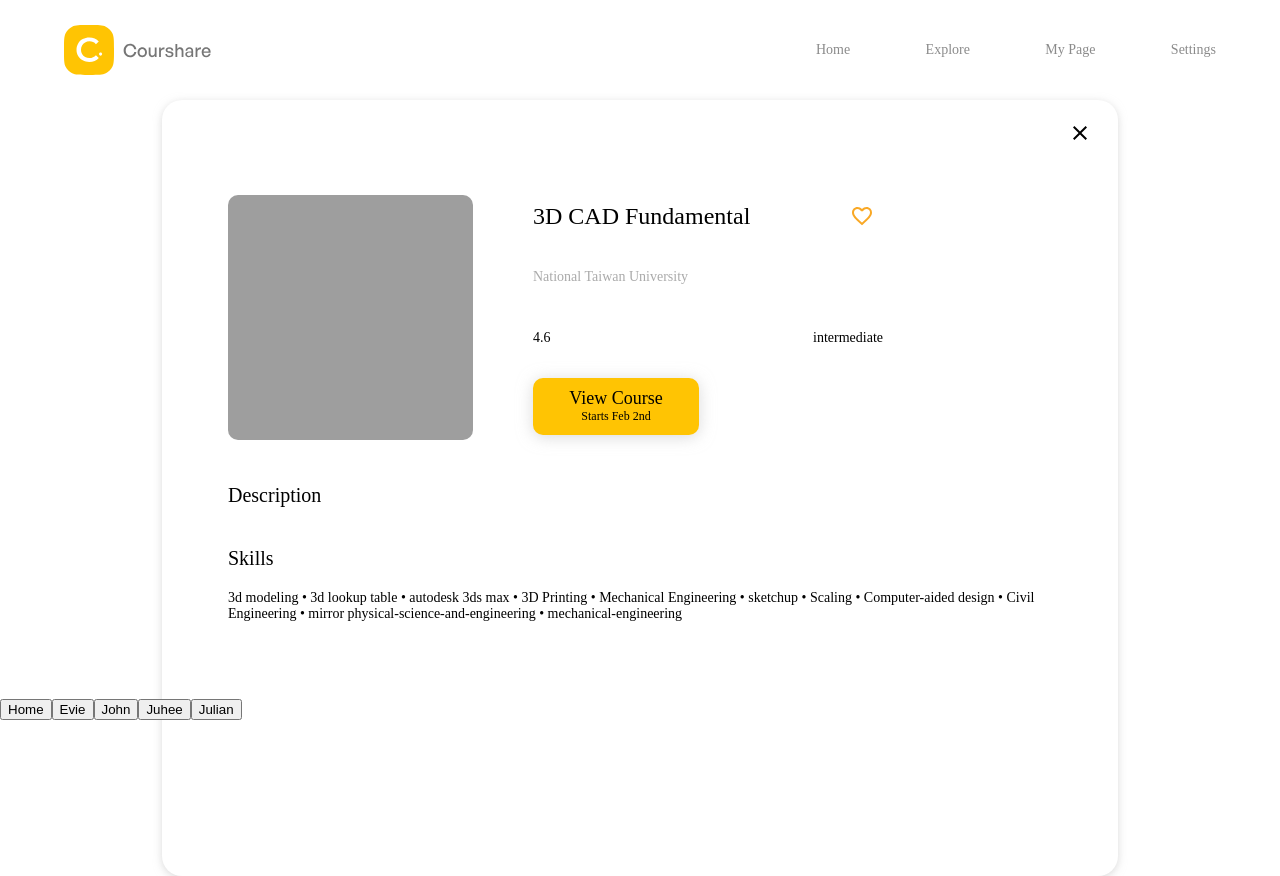
Repository: julianm09/courshare-app
Page: /comps/juhee
An editor plug-in stored every save of this project. The page is shown before and after the next save, followed by the edit.
The browser window is 1280 px wide. The pictures show the whole page.
Pictures or frames that could not be fetched are drawn as grey boxes. The project was rebuilt for these pictures with package versions that can differ from the ones it lists, and the page was loaded fresh each time. The framework's server and built-in components were replaced by stand-ins that run in the browser. Also part of the build but not shown: next.config.js.

Above is the page before, as saved 2022-02-07 15:11:55.

### pages/_app.js
import "../styles/globals.css";
import styled from "styled-components";
import { useRouter } from "next/router";
import Navbar from "@/components/Navbar";

function MyApp({ Component, pageProps }) {
  const r = useRouter();
  return (
    <>
    <Navbar/>
      <Component {...pageProps} />

      <BotNav>
        <button onClick={() => r.push("/")}>Home</button>
        <button onClick={() => r.push("/comps/evie")}>Evie</button>
        <button onClick={() => r.push("/comps/john")}>John</button>
        <button onClick={() => r.push("/comps/juhee")}>Juhee</button>
        <button onClick={() => r.push("/comps/julian")}>Julian</button>
      </BotNav>
    </>
  );
}

const BotNav = styled.div`
  position: fixed;
  bottom: 0px;
`;

export default MyApp;

### pages/comps/juhee.js
import styled from "styled-components";
import CourseDetailCard from "@/components/CourseDetailCard";

export default function Juhee() {
  return (
    <Cont>
      {/* make components here */}
      <CourseDetailCard></CourseDetailCard>
    </Cont>
  );
}

const Cont = styled.div`
  display: flex;
  align-items: center;
  flex-direction: column;
  width: 100%;
`;

### styles/globals.css
@import url("general-sans.css");

html,
body {
  padding: 0;
  margin: 0;
  font-family: -apple-system, BlinkMacSystemFont, Segoe UI, Roboto, Oxygen,
    Ubuntu, Cantarell, Fira Sans, Droid Sans, Helvetica Neue, sans-serif;
}

a {
  color: inherit;
  text-decoration: none;
}

* {
  box-sizing: border-box;
}

### components/Navbar.js
import styled from "styled-components";
import { useState } from "react";
import { useRouter } from "next/router";

export default function Navbar({}) {
  const r = useRouter();

  const [menu, setMenu] = useState(false);

  const handleLink = (t) => {
    setMenu(false);
    r.push(t);
  };

  return (
    <NavbarUI>
      <Logo
        src="/logo.svg"
        selected={r.pathname == "/"}
        onClick={() => handleLink("/")}
      ></Logo>
      <Navigation>
        <LinkUI selected={r.pathname == "/"} onClick={() => handleLink("/")}>
          Home
        </LinkUI>
        <LinkUI
          selected={r.pathname == "/explore"}
          onClick={() => handleLink("/explore")}
        >
          Explore
        </LinkUI>
        <LinkUI
          selected={r.pathname == "/mypage"}
          onClick={() => handleLink("/mypage")}
        >
          My Page
        </LinkUI>
        <LinkUI
          selected={r.pathname == "/settings"}
          onClick={() => handleLink("/settings")}
        >
          Settings
        </LinkUI>
      </Navigation>
      <MenuIcon
        src={menu ? "/icons/close.svg" : "/icons/menu.svg"}
        onClick={() => setMenu(!menu)}
      />
      {menu ? (
        <MobileMenu>
          <LinkUI selected={r.pathname == "/"} onClick={() => handleLink("/")}>
            Home
          </LinkUI>
          <LinkUI
            selected={r.pathname == "/explore"}
            onClick={() => handleLink("/explore")}
          >
            Explore
          </LinkUI>
          <LinkUI
            selected={r.pathname == "/mypage"}
            onClick={() => handleLink("/mypage")}
          >
            My Page
          </LinkUI>
          <LinkUI
            selected={r.pathname == "/settings"}
            onClick={() => handleLink("/settings")}
          >
            Settings
          </LinkUI>
        </MobileMenu>
      ) : (
        <></>
      )}
    </NavbarUI>
  );
}

const NavbarUI = styled.div`
  width: 100%;
  padding: 0 5%;
  height: 100px;
  display: flex;
  align-items: center;
  justify-content: space-between;

  -webkit-touch-callout: none; /* iOS Safari */
  -webkit-user-select: none; /* Safari */
  -khtml-user-select: none; /* Konqueror HTML */
  -moz-user-select: none; /* Old versions of Firefox */
  -ms-user-select: none; /* Internet Explorer/Edge */
  user-select: none; /* Non-prefixed version, currently supported by Chrome, Edge, Opera and Firefox */
`;

const Logo = styled.img`
  cursor: pointer;
`;

const Navigation = styled.div`
  display: flex;
  justify-content: space-between;
  width: 400px;
  @media (max-width: 1000px) {
    display: none;
  }
`;

const LinkUI = styled.div`
  cursor: pointer;
  font-family: General Sans;
  font-style: normal;
  font-size: 14px;
  line-height: 24px;
  color: #8b8b8b;
  color: ${(props) => (props.selected ? "#595959" : "#8B8B8B")};
  font-weight: ${(props) => (props.selected ? "500" : "400")};
`;

const MenuIcon = styled.img`
  cursor: pointer;
  display: none;
  @media (max-width: 1000px) {
    display: flex;
  }
`;

const MobileMenu = styled.div`
  cursor: pointer;
  display: flex;
  position: absolute;
  height: 200px;
  flex-direction: column;
  justify-content: space-between;
  align-items: flex-end;
  top: 100px;
  width: 90%;
  @media (min-width: 1000px) {
    display: none;
  }
`;

### components/CourseDetailCard.js
import styled from "styled-components";
import { useState } from "react";
import Favorite from "@mui/icons-material/Favorite";
import FavoriteBorder from "@mui/icons-material/FavoriteBorder";
import { Checkbox } from "@mui/material";
import RegisterButton from "../components/RegisterButton";
import { yellow } from "@mui/material/colors";
import CloseIcon from "@mui/icons-material/Close";

const BigCont = styled.div`
  display: flex;
  flex-direction: column;
  width: 956px;
  height: 776px;
  background-color: #ffffff;
  box-shadow: 0px 2px 8px 0px rgba(185, 185, 185, 0.52);
  border-radius: 20px;
  font-family: General Sans;
`;
const ButtonCont = styled.div`
  display: flex;
  justify-content: flex-end;
  margin-right: 20px;
  margin-top: 20px;
`;

const ContentCont = styled.div`
  display: flex;
  flex-direction: column;
  justify-content: space-between;
  padding: 46px 66px 66px 66px;
`;
const FristCont = styled.div`
  display: flex;
  flex-direction: row;
`;
const LeftCont = styled.div``;

const Img = styled.img`
  width: 245px;
  height: 245px;
  border-radius: 10px;
`;
const Heading1 = styled.p`
  font-size: 24px;
  margin: 0;
  font-weight: 500;
`;

const GreyText = styled.p`
  color: #aaaaaa;
  font-size: 14px;
`;
const RightCont = styled.div`
  height: 245px;
  margin-left: 60px;
  display: flex;
  flex-direction: column;
  align-items: space-between;
`;
const RightSmallCont = styled.div`
  width: 350px;
  display: flex;
  flex-direction: row;
  justify-content: space-between;
  align-items: center;
  margin-bottom: 5%;
`;
const SecondCont = styled.div`
  margin-top: 20px;
`;
const Heading2 = styled.p`
  font-size: 20px;
  font-weight: 500;
`;
const Desc = styled.p`
  font-size: 14px;
`;
const ThirdCont = styled.div``;

export default function CourseDetailCard({
  name = "3D  CAD Fundamental",
  school = "National Taiwan University",
  rating = 4.6,
  difficulty = "intermediate",
  description = "",
  skills = "",
}) {
  return (
    <BigCont>
      <ButtonCont>
        <button style={{ border: "none", background: "none" }}>
          <CloseIcon />
        </button>
      </ButtonCont>
      <ContentCont>
        <FristCont>
          <LeftCont>
            <Img src="https://images.unsplash.com/photo-1600869009498-8d429f88d4f5?ixlib=rb-1.2.1&ixid=MnwxMjA3fDB8MHxwaG90by1wYWdlfHx8fGVufDB8fHx8&auto=format&fit=crop&w=2340&q=80" />
          </LeftCont>
          <RightCont>
            <RightSmallCont>
              <Heading1>{name}</Heading1>
              <Checkbox
                sx={{
                  color: yellow[800],
                  "&.Mui-checked": {
                    color: yellow[600],
                  },
                }}
                icon={<FavoriteBorder />}
                checkedIcon={<Favorite />}
              />
            </RightSmallCont>
            <RightSmallCont>
              <GreyText>{school}</GreyText>
            </RightSmallCont>
            <RightSmallCont>
              <Desc>{rating}</Desc>
              <Desc>{difficulty}</Desc>
            </RightSmallCont>
            <RightSmallCont>
              <RegisterButton />
            </RightSmallCont>
          </RightCont>
        </FristCont>
        <SecondCont>
          <Heading2>Description</Heading2>
          <Desc>{description}</Desc>
        </SecondCont>
        <ThirdCont>
          <Heading2>Skills</Heading2>
          <Desc>
            3d modeling • 3d lookup table • autodesk 3ds max • 3D Printing •
            Mechanical Engineering • sketchup • Scaling • Computer-aided design
            • Civil Engineering • mirror physical-science-and-engineering •
            mechanical-engineering
          </Desc>
        </ThirdCont>
      </ContentCont>
    </BigCont>
  );
}

### styles/general-sans.css
/**
 * @license
 *
 * Font Family: General Sans
 * Designed by: Frode Helland
 * URL: https://www.fontshare.com/fonts/general-sans
 * © 2021 Indian Type Foundry
 *
 * Font Styles:
 * General Sans Variable(Variable font)
 * General Sans Variable Italic(Variable font)
 * General Sans Extralight
 * General Sans Extralight Italic
 * General Sans Light
 * General Sans Light Italic
 * General Sans Regular
 * General Sans Italic
 * General Sans Medium
 * General Sans Medium Italic
 * General Sans Semibold
 * General Sans Semibold Italic
 * General Sans Bold
 * General Sans Bold Italic
 *
*/


/**
* This is a variable font
* You can controll variable axes as shown below:
* font-variation-settings: 'wght' 700.0;
*
* available axes:

* 'wght' (range from 200.0 to 700.0)

*/

@font-face {
  font-family: 'GeneralSans-Variable';
  src: url('../fonts/GeneralSans-Variable.woff2') format('woff2'),
       url('../fonts/GeneralSans-Variable.woff') format('woff'),
       url('../fonts/GeneralSans-Variable.ttf') format('truetype');
       font-weight: 200 700;
       font-display: swap;
       font-style: normal;
}


/**
* This is a variable font
* You can controll variable axes as shown below:
* font-variation-settings: 'wght' 700.0;
*
* available axes:

* 'wght' (range from 200.0 to 700.0)

*/

@font-face {
  font-family: 'GeneralSans-VariableItalic';
  src: url('../fonts/GeneralSans-VariableItalic.woff2') format('woff2'),
       url('../fonts/GeneralSans-VariableItalic.woff') format('woff'),
       url('../fonts/GeneralSans-VariableItalic.ttf') format('truetype');
       font-weight: 200 700;
       font-display: swap;
       font-style: italic;
}


@font-face {
  font-family: 'GeneralSans-Extralight';
  src: url('../fonts/GeneralSans-Extralight.woff2') format('woff2'),
       url('../fonts/GeneralSans-Extralight.woff') format('woff'),
       url('../fonts/GeneralSans-Extralight.ttf') format('truetype');
       font-weight: 200;
       font-display: swap;
       font-style: normal;
}


@font-face {
  font-family: 'GeneralSans-ExtralightItalic';
  src: url('../fonts/GeneralSans-ExtralightItalic.woff2') format('woff2'),
       url('../fonts/GeneralSans-ExtralightItalic.woff') format('woff'),
       url('../fonts/GeneralSans-ExtralightItalic.ttf') format('truetype');
       font-weight: 200;
       font-display: swap;
       font-style: italic;
}


@font-face {
  font-family: 'GeneralSans-Light';
  src: url('../fonts/GeneralSans-Light.woff2') format('woff2'),
       url('../fonts/GeneralSans-Light.woff') format('woff'),
       url('../fonts/GeneralSans-Light.ttf') format('truetype');
       font-weight: 300;
       font-display: swap;
       font-style: normal;
}


@font-face {
  font-family: 'GeneralSans-LightItalic';
  src: url('../fonts/GeneralSans-LightItalic.woff2') format('woff2'),
       url('../fonts/GeneralSans-LightItalic.woff') format('woff'),
       url('../fonts/GeneralSans-LightItalic.ttf') format('truetype');
       font-weight: 300;
       font-display: swap;
       font-style: italic;
}


@font-face {
  font-family: 'GeneralSans-Regular';
  src: url('../fonts/GeneralSans-Regular.woff2') format('woff2'),
       url('../fonts/GeneralSans-Regular.woff') format('woff'),
       url('../fonts/GeneralSans-Regular.ttf') format('truetype');
       font-weight: 400;
       font-display: swap;
       font-style: normal;
}


@font-face {
  font-family: 'GeneralSans-Italic';
  src: url('../fonts/GeneralSans-Italic.woff2') format('woff2'),
       url('../fonts/GeneralSans-Italic.woff') format('woff'),
       url('../fonts/GeneralSans-Italic.ttf') format('truetype');
       font-weight: 400;
       font-display: swap;
       font-style: italic;
}


@font-face {
  font-family: 'GeneralSans-Medium';
  src: url('../fonts/GeneralSans-Medium.woff2') format('woff2'),
       url('../fonts/GeneralSans-Medium.woff') format('woff'),
       url('../fonts/GeneralSans-Medium.ttf') format('truetype');
       font-weight: 500;
       font-display: swap;
       font-style: normal;
}


@font-face {
  font-family: 'GeneralSans-MediumItalic';
  src: url('../fonts/GeneralSans-MediumItalic.woff2') format('woff2'),
       url('../fonts/GeneralSans-MediumItalic.woff') format('woff'),
       url('../fonts/GeneralSans-MediumItalic.ttf') format('truetype');
       font-weight: 500;
       font-display: swap;
       font-style: italic;
}


@font-face {
  font-family: 'GeneralSans-Semibold';
  src: url('../fonts/GeneralSans-Semibold.woff2') format('woff2'),
       url('../fonts/GeneralSans-Semibold.woff') format('woff'),
       url('../fonts/GeneralSans-Semibold.ttf') format('truetype');
       font-weight: 600;
       font-display: swap;
       font-style: normal;
}


@font-face {
  font-family: 'GeneralSans-SemiboldItalic';
  src: url('../fonts/GeneralSans-SemiboldItalic.woff2') format('woff2'),
       url('../fonts/GeneralSans-SemiboldItalic.woff') format('woff'),
       url('../fonts/GeneralSans-SemiboldItalic.ttf') format('truetype');
       font-weight: 600;
       font-display: swap;
       font-style: italic;
}


@font-face {
  font-family: 'GeneralSans-Bold';
  src: url('../fonts/GeneralSans-Bold.woff2') format('woff2'),
       url('../fonts/GeneralSans-Bold.woff') format('woff'),
       url('../fonts/GeneralSans-Bold.ttf') format('truetype');
       font-weight: 700;
       font-display: swap;
       font-style: normal;
}


@font-face {
  font-family: 'GeneralSans-BoldItalic';
  src: url('../fonts/GeneralSans-BoldItalic.woff2') format('woff2'),
       url('../fonts/GeneralSans-BoldItalic.woff') format('woff'),
       url('../fonts/GeneralSans-BoldItalic.ttf') format('truetype');
       font-weight: 700;
       font-display: swap;
       font-style: italic;
}

### components/RegisterButton.js
import styled from "styled-components";

const RegisterBtn = styled.button`
  width: 166px;
  height: 57px;
  background-color: ${(props) => props.background};
  color: #000000;
  filter: drop-shadow(0px 2px 8px rgba(185, 185, 185, 0.52));
  border-radius: 10px;
  border: none;
  display: flex;
  flex-direction: column;
  justify-content: center;
  align-items: center;
`;
const Header = styled.div`
  font-family: General Sans;
  font-style: normal;
  font-weight: 500;
  font-size: 18px;
  color: #000000;
  margin-left: auto;
  margin-right: auto;
`;

const Text = styled.div`
font-family: General Sans;
font-style: normal;
font-weight: normal;
font-size: 12px;
color: #000000;
margin-left: auto;
margin-right: auto;

}
`;

const RegisterButton = ({
  text = "View Course",
  data = "Starts Feb 2nd",
  background = "#FFC403",
}) => {
  return (
    <RegisterBtn background={background}>
      <Header>{text}</Header>
      <Text>{data}</Text>
    </RegisterBtn>
  );
};

export default RegisterButton;

Loaded but not shown: pages/_document.js (common file)

After the next save:
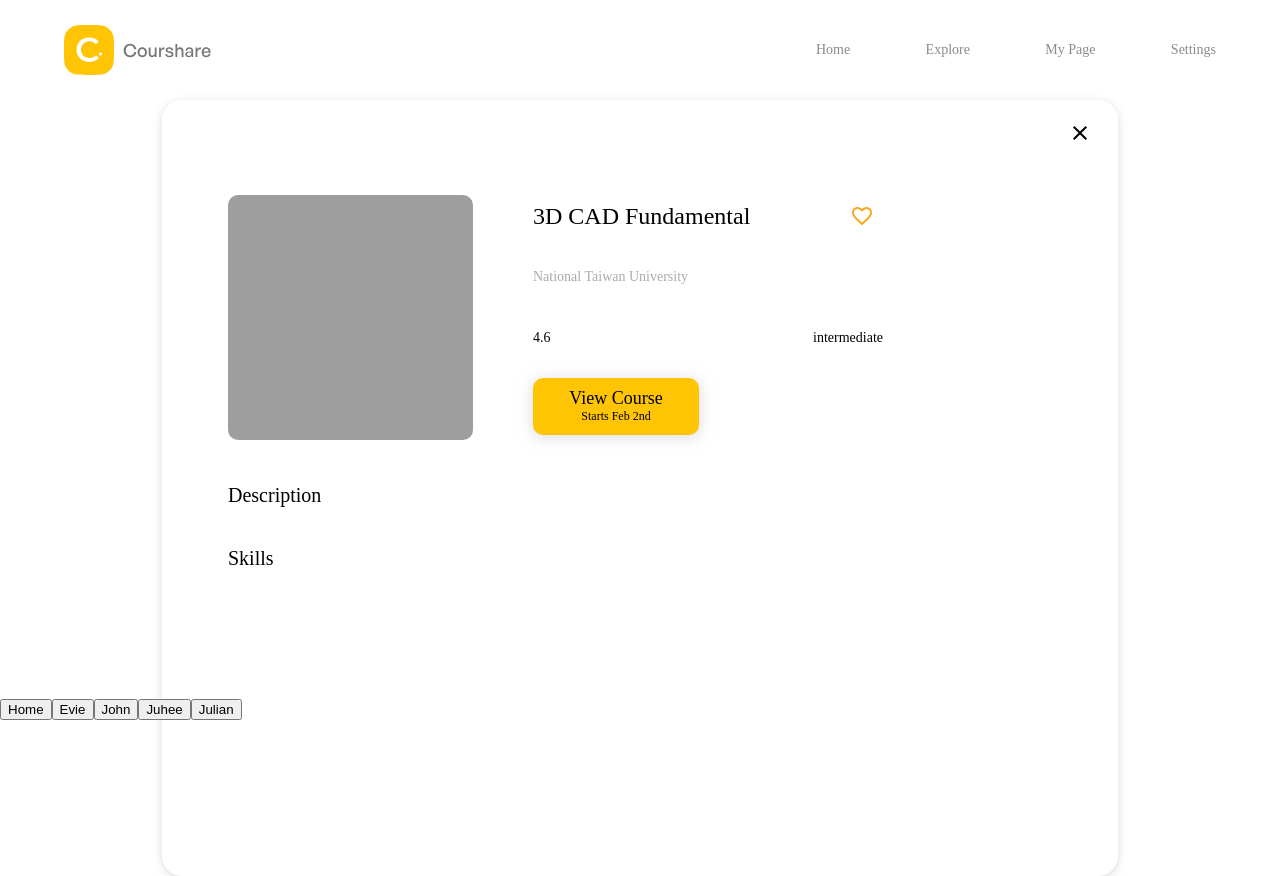
Saved 13 s later.
--- a/components/CourseDetailCard.js
+++ b/components/CourseDetailCard.js
@@ -130,12 +130,7 @@ export default function CourseDetailCard({
         </SecondCont>
         <ThirdCont>
           <Heading2>Skills</Heading2>
-          <Desc>
-            3d modeling • 3d lookup table • autodesk 3ds max • 3D Printing •
-            Mechanical Engineering • sketchup • Scaling • Computer-aided design
-            • Civil Engineering • mirror physical-science-and-engineering •
-            mechanical-engineering
-          </Desc>
+          <Desc>{skills}</Desc>
         </ThirdCont>
       </ContentCont>
     </BigCont>
